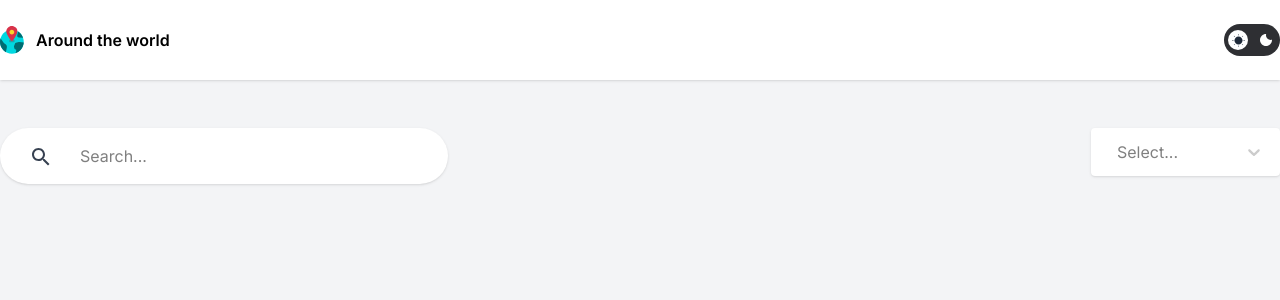
Repository: Baraajad231/Around-the-world
Page: /
The author's editor kept a copy of each file at every save. The page is drawn from the files as they stood at one save, then again after the next save.
The browser window is 1280 px wide. The pictures show the whole page.
The page's requests for data from a server got no answer. The project was rebuilt for these pictures with package versions that can differ from the ones it lists, and the page was loaded fresh each time. No one was signed in, and anything a server would have sent is missing. Also part of the build but not shown: vite.config.js, src/components/CountryCard.jsx.

Above is the page before, as saved 2026-03-13 17:39:21.

After the next save:
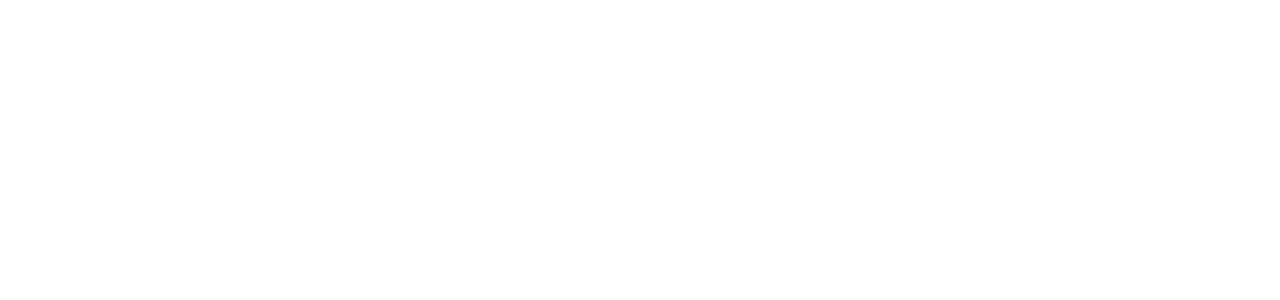
Console error: ReferenceError: fales is not defined
Saved 14 s later.
--- a/src/App.jsx
+++ b/src/App.jsx
@@ -6,8 +6,8 @@
 
 function App() {
   const [contriesList, setCountriesList] = useState([]);
-  const [isLoading, setIsLoading] = useState("fales");
-  const [isError, setIsError] = useState("fales");
+  const [isLoading, setIsLoading] = useState(fales);
+  const [isError, setIsError] = useState(fales);
 
   const fetchCountries = () => {
     setIsLoading("true");
@@ -19,7 +19,7 @@
         setCountriesList(data);
       })
       .catch(() => setIsError(true))
-      .finally(() => setIsLoading("fales"));
+      .finally(() => setIsLoading(fales));
   };
   useEffect(() => {
     // eslint-disable-next-line react-hooks/set-state-in-effect

After the save that followed:
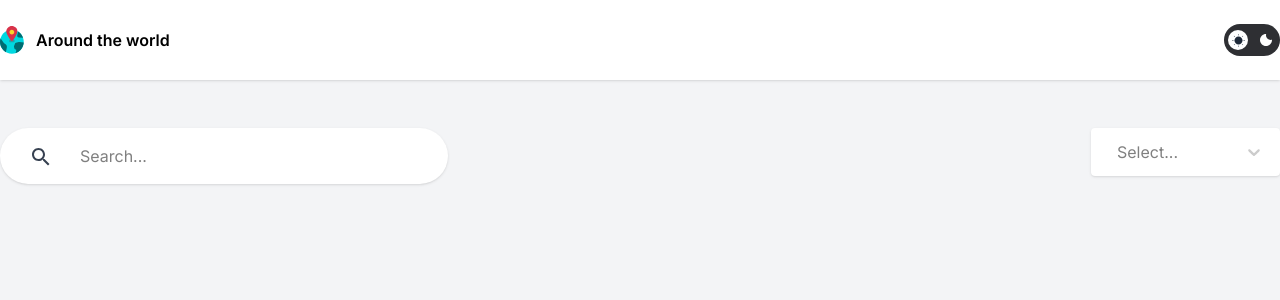
The error is gone.
Saved 16 s later.
--- a/src/App.jsx
+++ b/src/App.jsx
@@ -6,8 +6,8 @@
 
 function App() {
   const [contriesList, setCountriesList] = useState([]);
-  const [isLoading, setIsLoading] = useState(fales);
-  const [isError, setIsError] = useState(fales);
+  const [isLoading, setIsLoading] = useState(false);
+  const [isError, setIsError] = useState(false);
 
   const fetchCountries = () => {
     setIsLoading("true");
@@ -19,7 +19,7 @@
         setCountriesList(data);
       })
       .catch(() => setIsError(true))
-      .finally(() => setIsLoading(fales));
+      .finally(() => setIsLoading(false));
   };
   useEffect(() => {
     // eslint-disable-next-line react-hooks/set-state-in-effect
